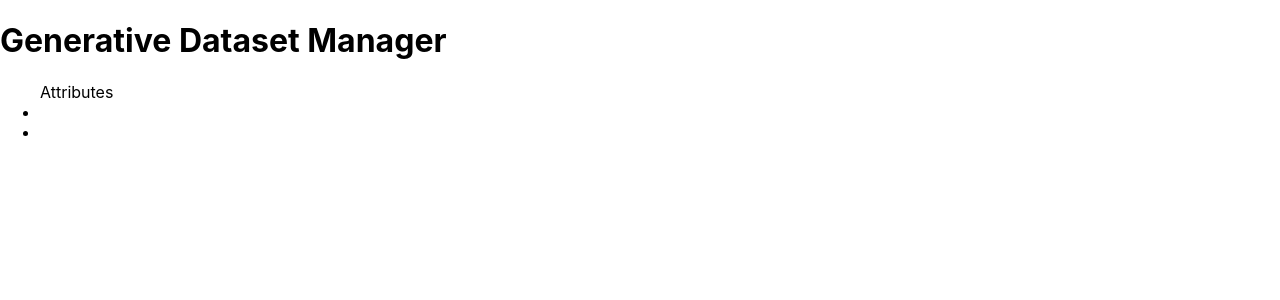
Repository: DaiWelsh/generatrive-ui
Page: /
The author's editor kept a copy of each file at every save. The page is drawn from the files as they stood at one save, then again after a run of saves.
The browser window is 1280 px wide. The pictures show the whole page.
The project was rebuilt for these pictures with package versions that can differ from the ones it lists, and the page was loaded fresh each time. Also part of the build but not shown: src/App.css.

Above is the page before, as saved 2021-10-10 12:41:01.

### src/App.js
import './App.css';
import Dataset from './components/Dataset';
import DatasetState from './context/dataset/DatasetState';

function App() {
  console.log('*** App Render ***');

  return (
    <div>
      <h1>Generative Dataset Manager</h1>
      <DatasetState>
        <Dataset />
      </DatasetState>
    </div>
  );
}

export default App;

### src/components/Dataset.js
import React, { useContext, Fragment } from 'react'
import DatasetContext from '../context/dataset/datasetContext'

export default function Containers({ children }) {
  console.log('*** Containers Render ***');

  const datasetContext = useContext(DatasetContext);
  const attributes = datasetContext.attributes;

  console.log('attributes', attributes);

  return (
    <ul>
      Attributes
      {attributes.map((attr) => <li></li>)}
    </ul>
  );
}

### src/context/dataset/DatasetState.js
import React, { useReducer } from 'react';
import datasetContext from './datasetContext';
import datasetReducer from './datasetReducer';
import initialState from './initialState';
import { ADD_ATTRIBUTE, REMOVE_ATTRIBUTE } from '../types';

const DatasetState = props => {
  console.log('*** DatasetState Render ***');

  const [state, dispatch] = useReducer(datasetReducer, initialState);

  const addAttribute = (payload) => dispatch({ type: ADD_ATTRIBUTE, payload });
  const removeAttribute = (payload) => dispatch({ type: REMOVE_ATTRIBUTE, payload });

  const getAttributes = () => state.attributes;
  const getName = () => state.name;

  return <datasetContext.Provider value={{
    name: state.name,
    attributes: state.attributes,
    getName,
    getAttributes,
    addAttribute,
    removeAttribute,
  }}>
    {props.children}
  </datasetContext.Provider>
}

export default DatasetState;

### src/context/dataset/datasetContext.js
import { createContext } from 'react';

const datasetContext = createContext();

export default datasetContext;

### src/context/dataset/datasetReducer.js
import { ADD_ATTRIBUTE, REMOVE_ATTRIBUTE } from '../types';

const reducer = (state, action) => {
  console.log('datasetReducer', state, action);
  switch (action.type) {
    default:
      return state;
  }
}

export default reducer;

### src/context/dataset/initialState.js
const initialState = {
  name: 'test dataset',
  attributes: [
    {
      name: 'First Attribute',
      values: [
        {
          id: 'hashvalue1',
          name: 'First attr value a',
          category: false,
          fileName: 'first/a.jpg',
          probability: 0.7,
        },
        {
          id: 'hashvalue2',
          name: 'First attr value b',
          category: false,
          fileName: 'first/b.jpg',
          probability: 0.3,
        },
      ],
    },
    {
      name: 'Second Attribute',
      values: [
        {
          id: 'hashvalue3',
          name: 'Second attr value 1',
          category: false,
          fileName: 'second/1.jpg',
          probability: 0.1,
        },
        {
          id: 'hashvalue4',
          name: 'Second attr category 1',
          category: true,
          fileName: null,
          probability: 0.9,
          values: [
            {
              id: 'hashvalue5',
              name: 'Second attr cat 1 value 1',
              category: false,
              fileName: 'second/1/1.jpg',
              probability: 0.6,
            },
            {
              id: 'hashvalue6',
              name: 'Second attr cat 1 value 2',
              category: false,
              fileName: 'second/1/2.jpg',
              probability: 0.4,
            },
          ]
        },
      ],
    },
  ],
};

export default initialState;

### src/context/types.js
// dataset state
export const ADD_ATTRIBUTE = 'ADD_ATTRIBUTE';
export const REMOVE_ATTRIBUTE = 'REMOVE_ATTRIBUTE';

Loaded but not shown: public/index.html (common file); src/index.js (common file); src/index.css (common file); src/reportWebVitals.js (common file)

After the next 2 saves:
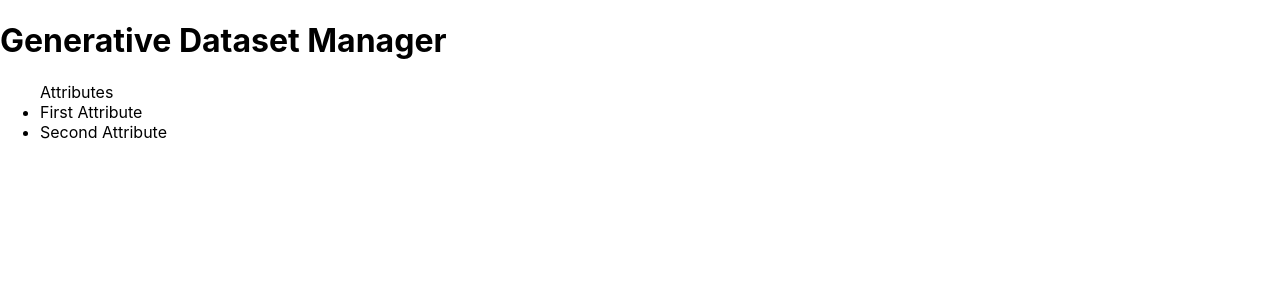
The 2 saves are shown as one change because they came seconds apart.
The last was saved 7 s later.
--- a/src/components/Dataset.js
+++ b/src/components/Dataset.js
@@ -12,7 +12,7 @@
   return (
     <ul>
       Attributes
-      {attributes.map((attr) => <li></li>)}
+      {attributes.map((attr) => <li>{attr.name}</li>)}
     </ul>
   );
 }
